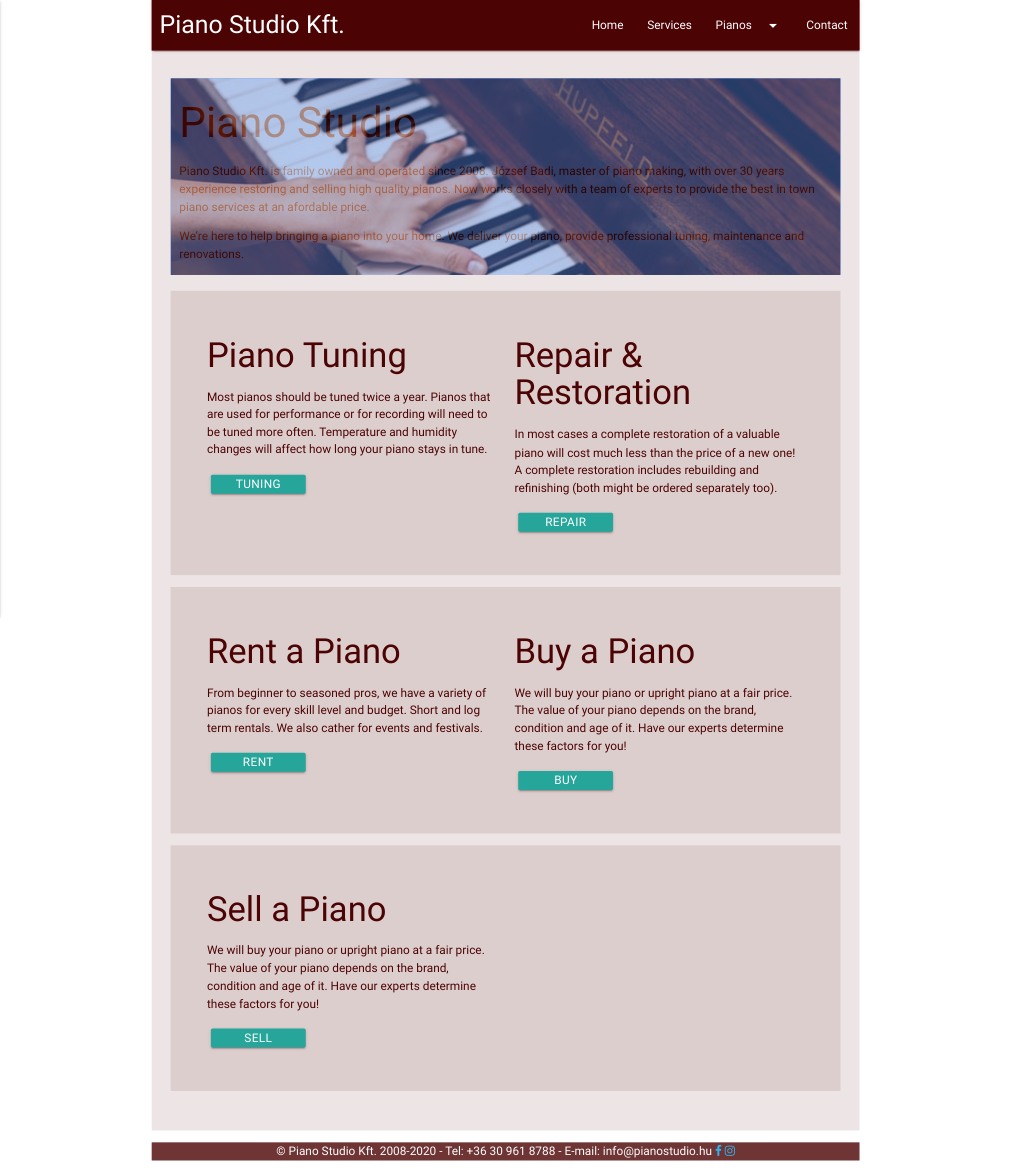
Repository: badiattila/pianostudioheroku
Page: http://localhost/
The author's editor kept a record of every edit. The page is drawn from the files as they stood at one moment, then again after the next edit.
The browser window is 1280 px wide. The pictures show the whole page, at 79% of full size.
Some web libraries are served in a nearby version. The page is served by the project's application, run on Flask 3 (app.py).

Above is the page before.

After the next edit:
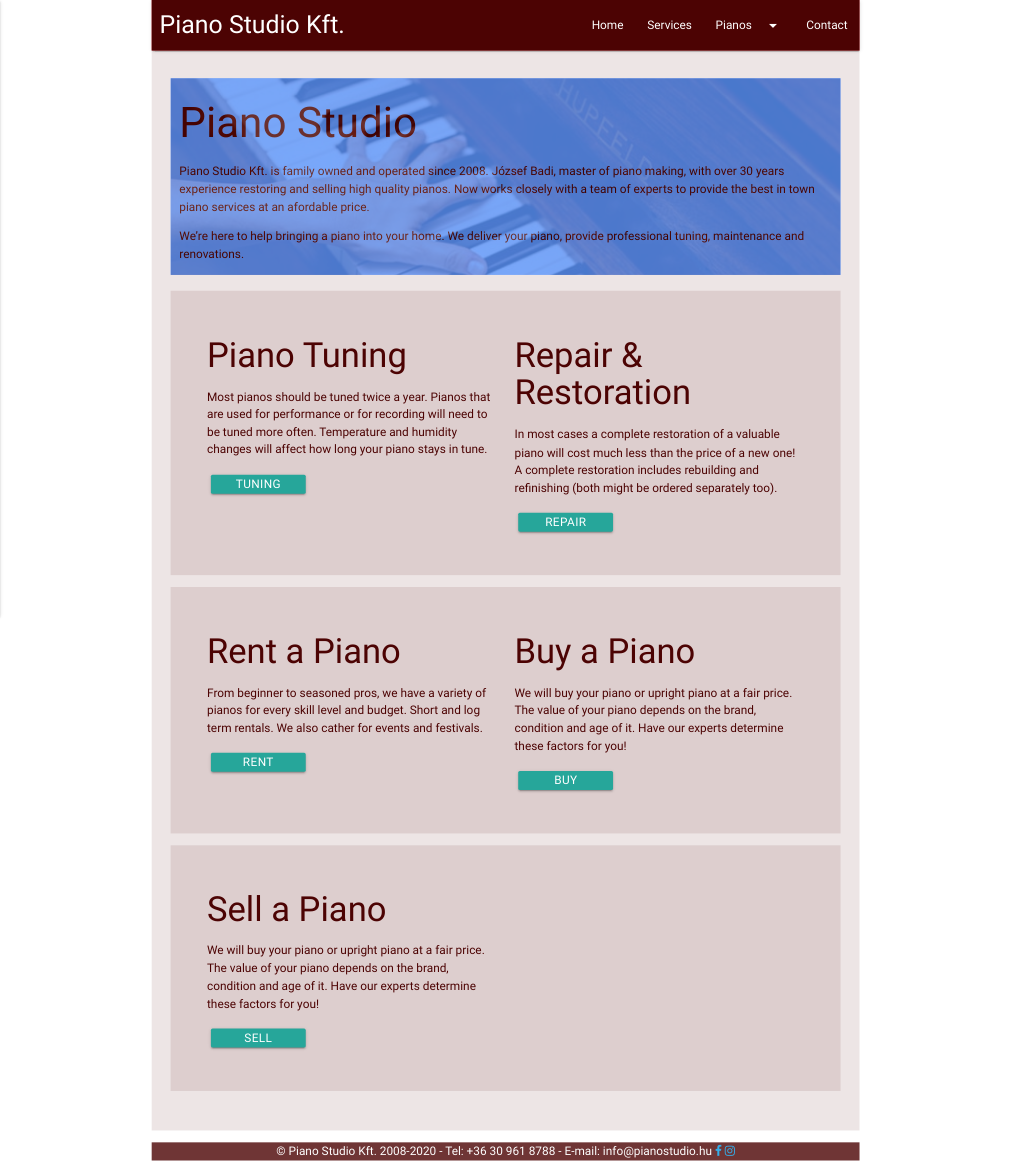
The edit:
--- a/static/css/style.css
+++ b/static/css/style.css
@@ -83,7 +83,7 @@
   width: 100%;
   height: auto;
   z-index: 1;
-  opacity: 0.6;
+  opacity: 0.2;
 }
 
 .intro h2 p {
